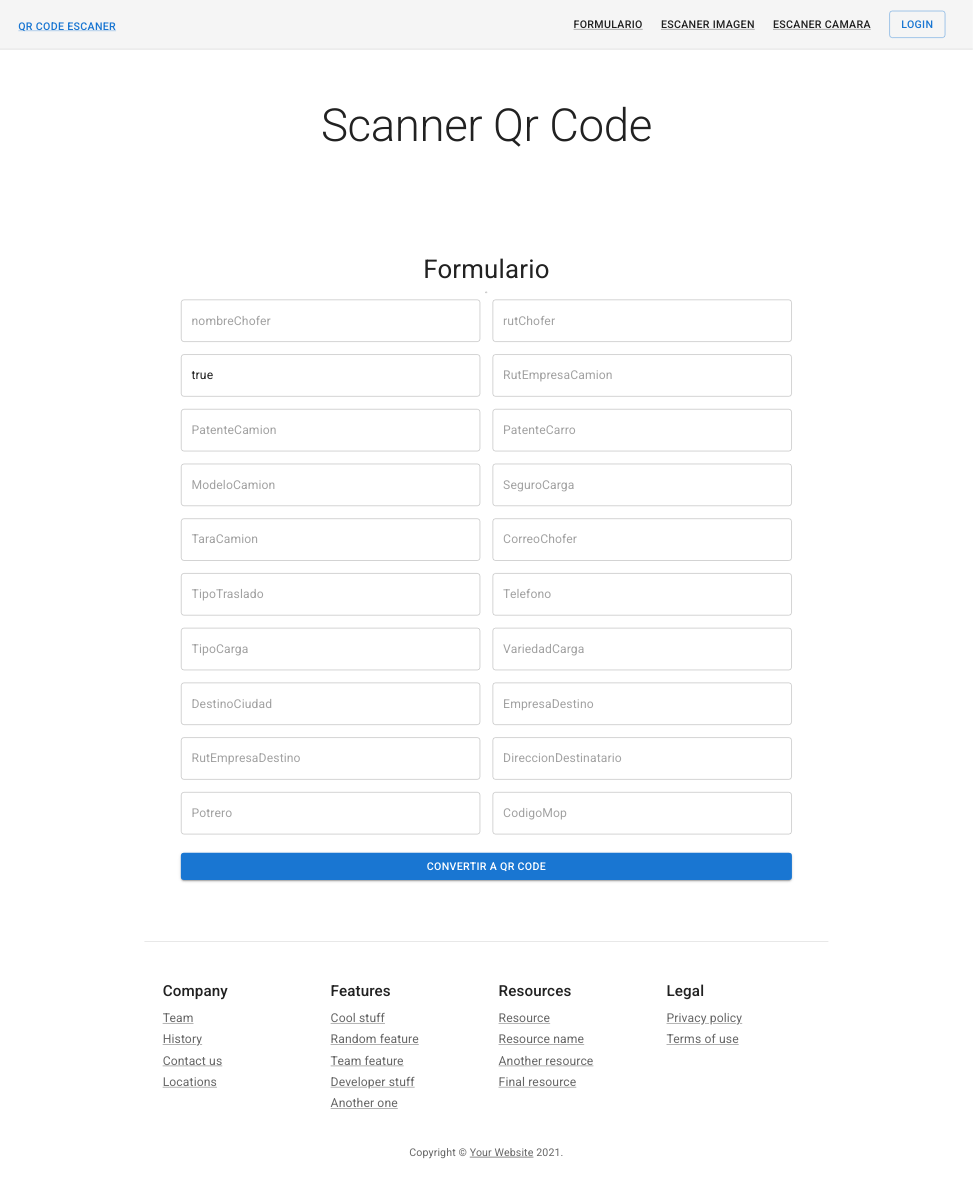
Repository: FlamesAlejandro/QrCodeForm
Page: /form
An editor plug-in stored every save of this project. The page is shown before and after a run of saves, followed by the edit.
The browser window is 1280 px wide. The pictures show the whole page, at 76% of full size.
The project was rebuilt for these pictures with package versions that can differ from the ones it lists, and the page was loaded fresh each time. Also part of the build but not shown: src/App.css, src/components/pages/ImagenEscaner.js, src/components/pages/CamaraEscaner.js, src/components/pages/Home.js.

Above is the page before, as saved 2021-10-27 11:45:37.

### src/App.js
import './App.css';
import { AppRouter } from './routers/AppRouter';

function App() {
  return (
    <>
      <AppRouter />
    </>
  );
}

export default App;

### src/routers/AppRouter.js
import React from 'react'
import { Switch, Route, Redirect, BrowserRouter as Router } from 'react-router-dom'
import CssBaseline from '@mui/material/CssBaseline';
import Typography from '@mui/material/Typography';
import GlobalStyles from '@mui/material/GlobalStyles';
import Container from '@mui/material/Container';
import { MainNavbar } from '../components/ui/MainNavbar';
import { MainFooter } from '../components/ui/MainFooter';
import { Form } from '../components/pages/Form';
import { ImagenEscaner } from '../components/pages/ImagenEscaner';
import { CamaraEscaner } from '../components/pages/CamaraEscaner';
import { Home } from '../components/pages/Home';
import { createTheme, ThemeProvider } from '@mui/material/styles';


const theme = createTheme();

export const AppRouter = () => {
    return (
        <>
        <ThemeProvider theme={theme}>
        <Router>
            <GlobalStyles styles={{ ul: { margin: 0, padding: 0, listStyle: 'none' } }} />
                <CssBaseline />

                <MainNavbar />

                {/* Hero unit */}
                <Container disableGutters maxWidth="sm" component="main" sx={{ pt: 8, pb: 6 }}>
                    <Typography
                    component="h1"
                    variant="h2"
                    align="center"
                    color="text.primary"
                    gutterBottom
                    >
                    Scanner Qr Code
                    </Typography>

                </Container>

                {/* Contenido */}
                <Container maxWidth="md" component="main">

                    <Switch>
                        <Route exact path="/form" component={ Form } />
                        <Route exact path="/imagen" component={ ImagenEscaner } />
                        <Route exact path="/camara" component={ CamaraEscaner } />
                        <Route exact path="/home" component={ Home } />
                        <Redirect to="/home" />
                    </Switch>

                </Container>

                {/* Footer */}
                <Container
                    maxWidth="md"
                    component="footer"
                    sx={{
                    borderTop: (theme) => `1px solid ${theme.palette.divider}`,
                    mt: 8,
                    py: [3, 6],
                    }}
                >
                    <MainFooter />

                </Container>
                {/* End footer */}
            </Router>
            </ThemeProvider>
        </>
    )
}

### src/components/ui/MainNavbar.js
import React from 'react'
import AppBar from '@mui/material/AppBar';
import Button from '@mui/material/Button';
import Toolbar from '@mui/material/Toolbar';
import Typography from '@mui/material/Typography';
import Link from '@mui/material/Link';

export const MainNavbar = () => {
    return (
        <>
            <AppBar
                position="static"
                color="default"
                elevation={0}
                sx={{ borderBottom: (theme) => `1px solid ${theme.palette.divider}` }}
            >
                <Toolbar sx={{ flexWrap: 'wrap' }}>
                <Typography variant="h6" color="inherit" noWrap sx={{ flexGrow: 1 }}>
                    <Link
                            variant="button"
                            href="/home"
                        >QR CODE Escaner
                    </Link>
                </Typography>
                <nav>
                    <Link
                        variant="button"
                        color="text.primary"
                        href="/form"
                        sx={{ my: 1, mx: 1.5 }}
                    >
                    Formulario
                    </Link>
                    <Link
                        variant="button"
                        color="text.primary"
                        href="/imagen"
                        sx={{ my: 1, mx: 1.5 }}
                    >
                    Escaner Imagen
                    </Link>
                    <Link
                        variant="button"
                        color="text.primary"
                        href="/camara"
                        sx={{ my: 1, mx: 1.5 }}
                    >
                    Escaner Camara
                    </Link>
                </nav>
                <Button href="/home" variant="outlined" sx={{ my: 1, mx: 1.5 }}>
                    Login
                </Button>
                </Toolbar>
            </AppBar>
        </>
    )
}

### src/components/ui/MainFooter.js
import React from 'react'
import Grid from '@mui/material/Grid';
import Typography from '@mui/material/Typography';
import Link from '@mui/material/Link';

function Copyright(props) {
    return (
      <Typography variant="body2" color="text.secondary" align="center" {...props}>
        {'Copyright © '}
        <Link color="inherit" href="https://mui.com/">
          Your Website
        </Link>{' '}
        {new Date().getFullYear()}
        {'.'}
      </Typography>
    );
  }

  const footers = [
    {
      title: 'Company',
      description: ['Team', 'History', 'Contact us', 'Locations'],
    },
    {
      title: 'Features',
      description: [
        'Cool stuff',
        'Random feature',
        'Team feature',
        'Developer stuff',
        'Another one',
      ],
    },
    {
      title: 'Resources',
      description: ['Resource', 'Resource name', 'Another resource', 'Final resource'],
    },
    {
      title: 'Legal',
      description: ['Privacy policy', 'Terms of use'],
    },
  ];

export const MainFooter = () => {

    return (
        <>
            <Grid container spacing={4} justifyContent="space-evenly">
                {footers.map((footer) => (
                    <Grid item xs={6} sm={3} key={footer.title}>
                    <Typography variant="h6" color="text.primary" gutterBottom>
                        {footer.title}
                    </Typography>
                    <ul>
                        {footer.description.map((item) => (
                        <li key={item}>
                            <Link href="#" variant="subtitle1" color="text.secondary">
                            {item}
                            </Link>
                        </li>
                        ))}
                    </ul>
                    </Grid>
                ))}
            </Grid>
            <Copyright sx={{ mt: 5 }} />
        </>
    )
}

### src/components/pages/Form.js
import React, { useState } from 'react'
import Button from '@mui/material/Button';
import CssBaseline from '@mui/material/CssBaseline';
import TextField from '@mui/material/TextField';
import Grid from '@mui/material/Grid';
import Box from '@mui/material/Box';
import Typography from '@mui/material/Typography';
import Container from '@mui/material/Container';
import QRCode from 'qrcode';
import { useForm } from "react-hook-form";
import { camioneros } from '../data/camioneros';
import { empresaCamion } from '../data/empresaCamion';

export const Form = () => {

    const [imgUrl, setImgUrl] = useState('');


    // console.log(errors);

    const [formulario, setFormulario] = useState({
        nombreChofer: '',
        rutChofer: '',
        correoChofer: '',
        telefonoChofer: '',
        nombreEmpresa: '',
        rutEmpresa: '',
        patenteCamion: '',
        marcaCamion: '',
        modeloCamion: '',
        annoCamion: '',
        rutEmpresaDestino: '',
        nombreEmpresaDestino: '',
        direccionDestino: '',
        ciudadDestino: '',
        potrero: '',
        patenteCarro: '',
        tipoTraslado: '',
        seguroCarga: '',
        tipoCarga: '',
        variedadCarga: '',
        TaraCamion: '',
        codigoMOP: '',
    });

    const { nombreChofer, rutChofer, correoChofer, telefonoChofer, nombreEmpresa, rutEmpresa,
    patenteCamion,
    marcaCamion,
    modeloCamion,
    annoCamion,
    rutEmpresaDestino,
    nombreEmpresaDestino,
    direccionDestino,
    ciudadDestino,
    potrero,
    patenteCarro,
    tipoTraslado,
    seguroCarga,
    tipoCarga,
    variedadCarga,
    TaraCamion,
    codigoMOP} = formulario;


    const  handleChofer = ( { target }) => {
        const { name , value } = target;
        console.log('este es el name'+name, 'este es el value'+value);

        if (camioneros.find( chofer => chofer.rut === value)){

            const newdata = camioneros.filter( chofer => chofer.rut === value);

            // const { id, rut, nombre, correo, telefono } = newdata;
            // console.log(id);
            console.log(newdata);
            console.log(formulario);
            console.log(newdata[0].nombre);


            setFormulario({
                ...formulario,
                rutChofer: newdata[0].rut,
                nombreChofer: newdata[0].nombre,
                correoChofer: newdata[0].correo,
                telefonoChofer: newdata[0].telefono,
            });
            console.log(newdata);
            console.log(formulario.nombreChofer);
            console.log(formulario);

        }



    }

    const handleChange = ( { target }) => {

        const { name , value } = target;

        setFormulario({
            ...formulario,
            [ name ]: value
        });

    }

    const generarQrCode = async(data) => {
        try {
            const response = await QRCode.toDataURL(JSON.stringify(data));
            setImgUrl(response);

        } catch (error) {
          console.log(error);
        }
    }

    const onSubmit = (e) => {

        e.preventDefault();

        console.log(formulario);
    }


    return (
        <>
            <Container component="main">
                <CssBaseline />
                <Box
                sx={{
                    marginTop: 8,
                    display: 'flex',
                    flexDirection: 'column',
                    alignItems: 'center',
                    width: '100%',
                }}
                >
                <Typography component="h1" variant="h4">
                    Formulario
                </Typography>

                <hr />

                <form onSubmit={onSubmit} sx={{ mt: 3, width: '100%', }}>
                    <Grid container spacing={2}>
                        <Grid item xs={12} sm={6}>
                            <TextField fullWidth type="text" placeholder="nombreChofer" name="nombreChofer" value={nombreChofer} onChange={handleChange}  />
                        </Grid>
                        <Grid item xs={12} sm={6}>
                            <TextField fullWidth type="text" placeholder="rutChofer" onChange={handleChange} name="rutChofer" onBlur={handleChofer} />
                        </Grid>
                        <Grid item xs={12} sm={6}>
                            <TextField fullWidth type="text" placeholder="EmpresaCamion" name={empresaCamion} value  />
                        </Grid>
                        <Grid item xs={12} sm={6}>
                            <TextField fullWidth type="text" placeholder="RutEmpresaCamion"  />
                        </Grid>
                        <Grid item xs={12} sm={6}>
                            <TextField fullWidth type="text" placeholder="PatenteCamion" />
                        </Grid>
                        <Grid item xs={12} sm={6}>
                            <TextField fullWidth type="text" placeholder="PatenteCarro" />
                        </Grid>
                        <Grid item xs={12} sm={6}>
                            <TextField fullWidth type="text" placeholder="ModeloCamion"  />
                        </Grid>
                        <Grid item xs={12} sm={6}>
                            <TextField fullWidth type="text" placeholder="SeguroCarga" />
                        </Grid>
                        <Grid item xs={12} sm={6}>
                            <TextField fullWidth type="text" placeholder="TaraCamion"  />
                        </Grid>
                        <Grid item xs={12} sm={6}>
                            <TextField fullWidth type="text" placeholder="CorreoChofer" value={formulario.correoChofer} onChange={handleChange} />
                        </Grid>
                        <Grid item xs={12} sm={6}>
                            <TextField fullWidth type="text" placeholder="TipoTraslado"  />
                        </Grid>
                        <Grid item xs={12} sm={6}>
                            <TextField fullWidth type="text" placeholder="Telefono" value={formulario.telefonoChofer} onChange={handleChange}  />
                        </Grid>
                        <Grid item xs={12} sm={6}>
                            <TextField fullWidth type="text" placeholder="TipoCarga"  />
                        </Grid>
                        <Grid item xs={12} sm={6}>
                            <TextField fullWidth type="text" placeholder="VariedadCarga" />
                        </Grid>
                        <Grid item xs={12} sm={6}>
                            <TextField fullWidth type="text" placeholder="DestinoCiudad" />
                        </Grid>
                        <Grid item xs={12} sm={6}>
                            <TextField fullWidth type="text" placeholder="EmpresaDestino"  />
                        </Grid>
                        <Grid item xs={12} sm={6}>
                            <TextField fullWidth type="text" placeholder="RutEmpresaDestino"  />
                        </Grid>
                        <Grid item xs={12} sm={6}>
                            <TextField fullWidth type="text" placeholder="DireccionDestinatario"  />
                        </Grid>
                        <Grid item xs={12} sm={6}>
                            <TextField fullWidth type="text" placeholder="Potrero"  />
                        </Grid>
                        <Grid item xs={12} sm={6}>
                            <TextField fullWidth type="text" placeholder="CodigoMop"  />
                        </Grid>
                    </Grid>
                    <Button
                        type="submit"
                        fullWidth
                        variant="contained"
                        sx={{ mt: 3, mb: 2 }}
                    >
                    Convertir a QR CODE
                    </Button>
                </form>
                </Box>
                {imgUrl ? (
                    <a href={imgUrl} download>
                        <img src={imgUrl} alt="img" />
                    </a>)
                : null}
            </Container>
        </>
    )
}

### src/components/data/camioneros.js
export const camioneros = [
    { id: "1", rut: "14556654-6", nombre: "Cristian Pozo", correo: "cristian@gmail.pozo", telefono: "13126644"},
    { id: "2", rut: "14556674-5", nombre: "Jorge Gutierres", correo: "jorge@gmail.br", telefono: "23157452" },
    { id: "3", rut: "17343423-2", nombre: "Charles Juice", correo: "char@gmail.com", telefono: "65214785" },
    { id: "4", rut: "17345345-6", nombre: "Sebastan Godoy", correo: "palm@gmail.com", telefono: "96621785" },
];

### src/components/data/empresaCamion.js
export const empresaCamion = [
    { id: "1", rutempresa: "18543698-1", nombreempresa: "American Truck", },
    { id: "2", rutempresa: "22587496-2", nombreempresa: "Euro Truck", },
];

Loaded but not shown: public/index.html (common file); src/index.js (common file); src/index.css (common file); src/reportWebVitals.js (common file)

After the next 2 saves:
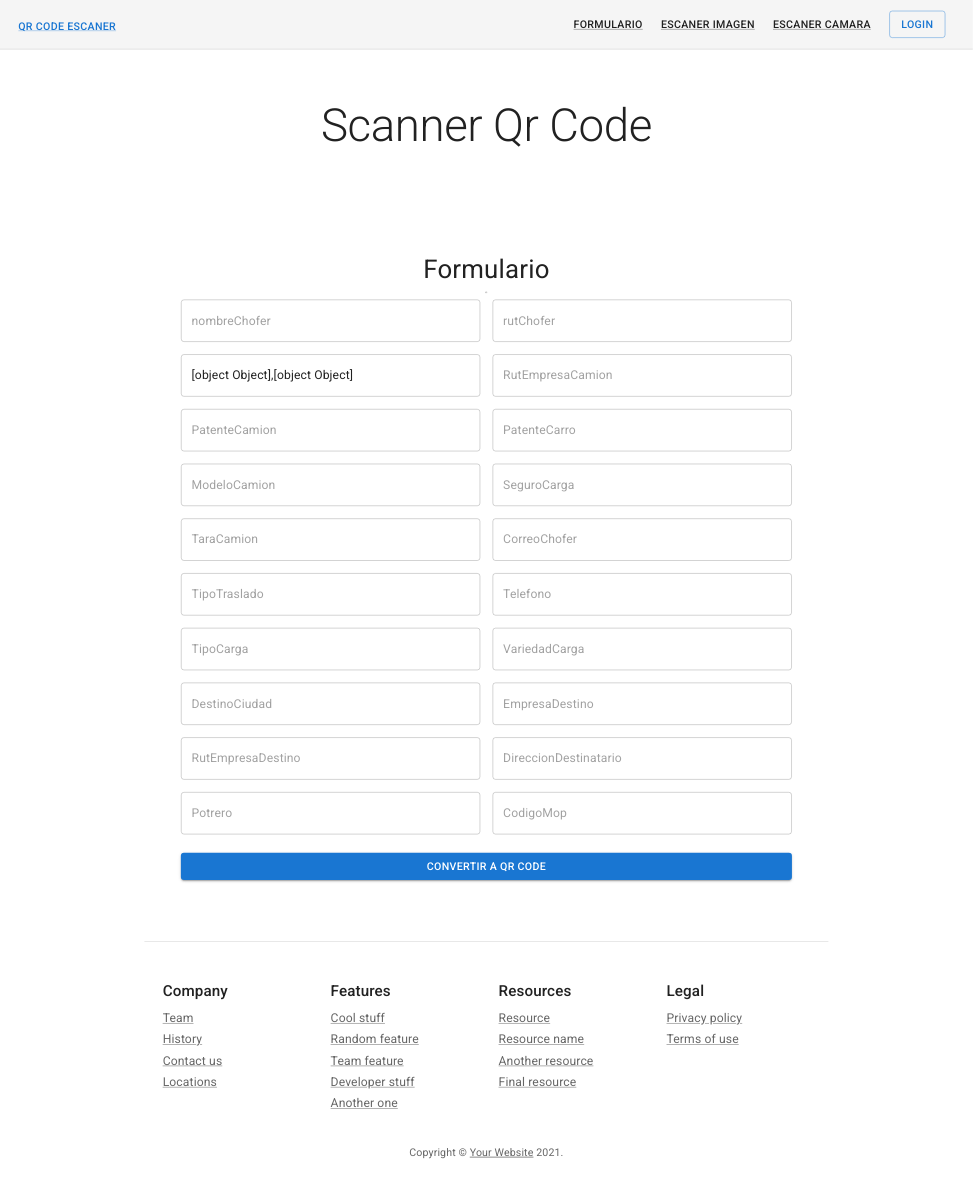
The 2 saves are shown as one change because they came seconds apart.
The last was saved 5 s later.
--- a/src/components/pages/Form.js
+++ b/src/components/pages/Form.js
@@ -151,7 +151,7 @@ export const Form = () => {
                             <TextField fullWidth type="text" placeholder="rutChofer" onChange={handleChange} name="rutChofer" onBlur={handleChofer} />
                         </Grid>
                         <Grid item xs={12} sm={6}>
-                            <TextField fullWidth type="text" placeholder="EmpresaCamion" name={empresaCamion} value  />
+                            <TextField fullWidth type="text" placeholder="EmpresaCamion" name={empresaCamion} value={empresaCamion}  />
                         </Grid>
                         <Grid item xs={12} sm={6}>
                             <TextField fullWidth type="text" placeholder="RutEmpresaCamion"  />
